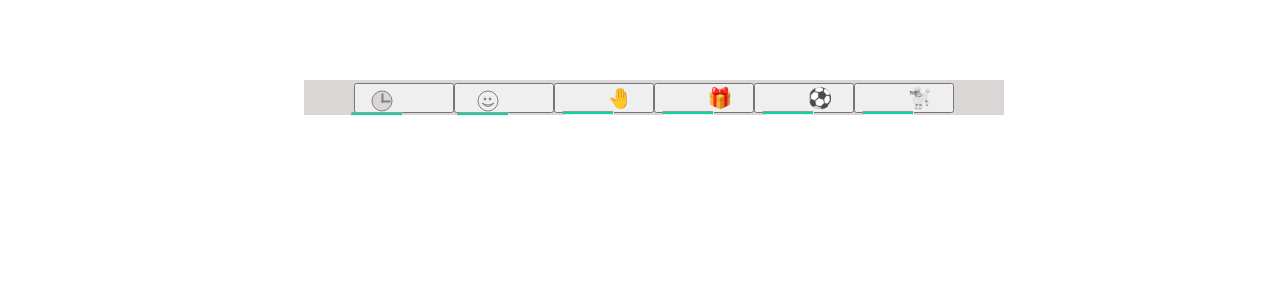
Repository: Gaj123-coder/emoji-search-app
Page: /
An editor plug-in stored every save of this project. The page is shown before and after the next save, followed by the edit.
The browser window is 1280 px wide. The pictures show the whole page.
The project was rebuilt for these pictures with package versions that can differ from the ones it lists, and the page was loaded fresh each time.

Above is the page before, as saved 2021-10-31 11:02:51.

After the next save:
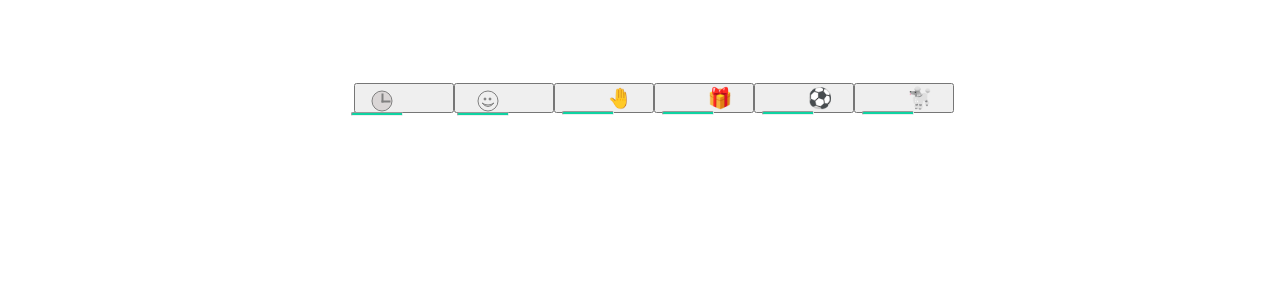
Saved 26 s later.
--- a/src/App.css
+++ b/src/App.css
@@ -1,5 +1,4 @@
 .dec{
-  background-color: rgb(218, 214, 214);
   width: 700px;
   height:35px;
   position: relative;
